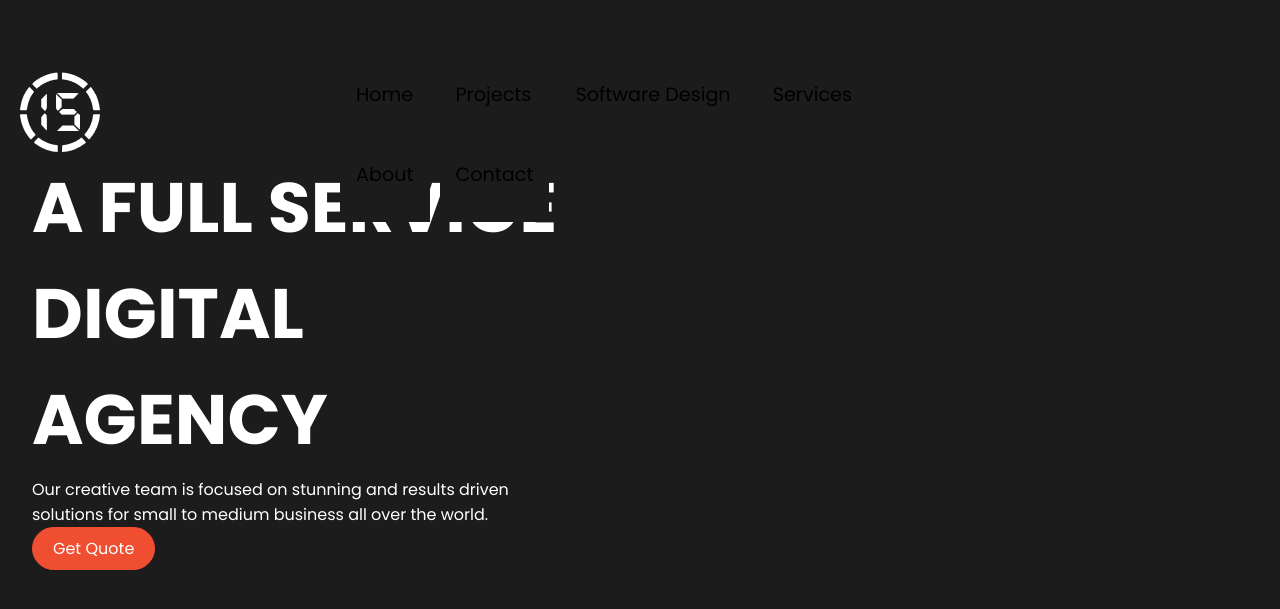
Repository: gopalpurohit54/one5
Page: /
The author's editor kept a copy of each file at every save. The page is drawn from the files as they stood at one save, then again after the next save.
The browser window is 1280 px wide. The pictures show the whole page.
The project was rebuilt for these pictures with package versions that can differ from the ones it lists, and the page was loaded fresh each time.

Above is the page before, as saved 2021-06-11 14:39:33.

### src/index.css
@import url('https://fonts.googleapis.com/css2?family=Poppins:ital,wght@0,100;0,200;0,300;0,400;0,500;0,600;0,700;0,800;0,900;1,100;1,200;1,300;1,400;1,500;1,600;1,700;1,800;1,900&display=swap');

* {
  margin: 0;
  padding: 0;
  outline: none;
  font-family: 'Poppins', sans-serif;
  -webkit-font-smoothing: antialiased;
  -moz-osx-font-smoothing: grayscale;
}

code {
  font-family: source-code-pro, Menlo, Monaco, Consolas, 'Courier New',
    monospace;
}

### src/components/App.js
import React from 'react';
import Navbar from '../components/Navbar';
import { BrowserRouter as Router, Switch, Route } from 'react-router-dom';
import './App.css';
import Home from '../components/Pages/Home';

function App() {
  return (
    <>
    <Router>
      <Navbar />
      <Switch>
        <Route path='/' exact component= {Home} />
      </Switch>
    </Router>
    </>
  );
}



export default App

### src/components/navbar.js
import React, { useState } from 'react';
import { Link } from 'react-router-dom';
import './Navbar.css';

function Navbar() {

    const [click, setClick] = useState(false);

    const handleClick = () => setClick(!click);
    const closeMobileMenu = () => setClick(false);

    return (
        <>
            <nav className="navbar">
                <div className="navbar-container">
                    <Link to="/" className="navbar-logo" onClick= {closeMobileMenu}>
                        <img src="/logo-white.png" alt="" />
                    </Link>
                </div>
                <div className="menu-icon" onClick= {handleClick}>
                    <i className= { click ? 'fas fa-times' : 'fas fa-bars'} />
                </div>
                <ul className= { click ? 'nav-menu active' : 'nav-menu'}>
                    <li className= 'nav-item'>
                        <Link to= '/home' className='nav-links' onClick= {closeMobileMenu}>
                            Home
                        </Link>
                    </li>
                    <li className= 'nav-item'>
                        <Link to= '/projects' className='nav-links' onClick= {closeMobileMenu}>
                            Projects
                        </Link>
                    </li>
                    <li className= 'nav-item'>
                        <Link to= '/software-design' className='nav-links' onClick= {closeMobileMenu}>
                            Software Design
                        </Link>
                    </li>
                    <li className= 'nav-item'>
                        <Link to= '/services' className='nav-links' onClick= {closeMobileMenu}>
                            Services
                        </Link>
                    </li>
                    <li className= 'nav-item'>
                        <Link to= '/about' className='nav-links' onClick= {closeMobileMenu}>
                            About
                        </Link>
                    </li>
                    <li className= 'nav-item'>
                        <Link to= '/contact' className='nav-links' onClick= {closeMobileMenu}>
                            Contact
                        </Link>
                    </li>
                </ul>
            </nav>
        </>
    )
}

export default Navbar

### src/components/App.css

* {
    box-sizing: border-box;
    margin: 0;
    padding: 0;
    font-family: 'Poppins', sans-serif;
    background: #1c1c1c;
  }

### src/components/Pages/Home.js
import React from 'react';
import '../App.css';
import  HeroSection from '../HeroSection';

function Home() {
    return (
        <>
            <HeroSection />
        </>
    )
}

export default Home

### src/components/navbar.css
:root {
    --primary: #F04E31;
}

.navbar {
    background: transparent;
    height: 80px;
    display: flex;
    font-size: 1.2rem;
    position: sticky;
    top: 10%;
    z-index: 999;
}

.navbar-container {
    display: flex;
    justify-content: left;
    align-items: left;
    height: 80px;
    max-width: 1500px;
}

.navbar-logo {
    justify-self: start;
    margin-left: 20px;
    cursor: pointer;
    display: flex;
    align-items: center;
}

.nav-menu {
    display: grid;
    grid-template-columns: repeat(4, auto);
    grid-gap: 10px;
    list-style: none;
    text-align: left;
    width: 60vw;
    justify-content: end;
    margin-right: 2rem;
}

.nav-item {
    height: 70px;
  }

  .nav-links {
    color: #000;
    display: flex;
    align-items: left;
    text-decoration: none;
    padding: 0.5rem 1rem;
    height: 100%;
  }

  .nav-links:hover {
    color: var(--primary);
    transition: all 0.2s ease-out;
  }

  .fa-bars {
    color: #fff;
  }

  .fa-bars:hover {
    color: #F04E31;
  }

  .nav-links-mobile {
    display: none;
  }

  .menu-icon {
    display: none;
  }

  @media screen and (max-width: 960px) {
    .NavbarItems {
      position: relative;
    }

    .nav-menu {
      display: flex;
      flex-direction: column;
      width: 100%;
      height: 90vh;
      position: absolute;
      top: 77px;
      left: -100%;
      opacity: 1;
      transition: all 0.5s ease;
    }

    .nav-menu.active {
      background: #fff;
      left: 0;
      opacity: 1;
      transition: all 0.5s ease;
      z-index: 1;
    }

    .nav-links {
      text-align: left;
      padding: 2rem;
      width: 100%;
      display: table;
    }

    .nav-links:hover {
      background-color: #fff;
      color: var(--primary);
      border-radius: 0;
    }

    .navbar-logo {
      position: absolute;
      top: 0;
      left: 0;
      transform: translate(25%, 50%);
    }

    .menu-icon {
      display: block;
      position: absolute;
      top: 0;
      right: 0;
      transform: translate(-100%, 60%);
      font-size: 1.8rem;
      cursor: pointer;
    }

    .fa-times {
      color: #000;
      font-size: 2rem;
    }

    .fa-times:hover {
      color: #F04E31;
    }
    .nav-links-mobile {
      display: block;
      text-align: left;
      margin: 2rem auto;
      border-radius: 4px;
      width: 80%;
      text-decoration: none;
      font-size: 1.5rem;
      background-color: transparent;
      color: #000;
      padding: 14px 20px;
      border: none;
      transition: all 0.3s ease-out;
    }

    .nav-links-mobile:hover {
      background: #fff;
      color: var(--primary);
      transition: 250ms;
    }
  }

### src/components/HeroSection.js
import React, { useState, useEffect } from 'react';
import './App.css';
import { Button } from './Button';
// import anim from '../src/assets/red-blob-hq.gif';
import styled from 'styled-components';
import { motion } from 'framer-motion';

function HeroSection() {

    const Section = styled.section `
        height: 75vh;
        display: flex;
        flex-direction: column;
        justify-content: center;
        align-items: center;
        background: #1c1c1c;
    `;

    const Container = styled.div `
        display: grid;
        grid-template-columns: 1fr 1fr;
        height: 100vh;
        padding: 3rem calc((100vw - 1300px) /2 );

        @media screen and (max-width: 768px){
            grid-grid-template-columns: 1fr;
        }
    `;

    const ColumnLeft = styled.div `
        display: flex;
        color: #fff;
        flex-direction: column;
        justify-content: center;
        align-items: flex-start;
        padding: 5rem 2rem;

        h1 {
            margin-bottom: 0.25rem;
            font-size: 70px;
        }

    `;
    const ColumnRight = styled.div ``

    // eslint-disable-next-line no-unused-vars
    const [button, setButton] = useState(true);

    const showButton = () => {
        if(window.innerWidth <= 960) {
            setButton(false);
        } else {
            setButton(true);
        }
    };

    useEffect ( ( ) => {
        showButton();
    }, []);

    window.addEventListener('resize', showButton);

    return (
        <Section className = 'hero-section'>
            <Container className = 'hero-container'>
                <ColumnLeft className = 'col-left'>
                    <p className = 'hero-shortdesc'>WE ARE</p>
                    <h1>A FULL SERVICE <br/>
                    DIGITAL AGENCY</h1>
                    <p className = 'hero-desc'>Our creative team is focused on stunning and results driven <br/>
                    solutions for small to medium business all over the world.</p>
                    <div className='hero-btn'>
                    <Button className='btn' buttonStyle='btn--primary'>Get Quote</Button>
                    </div>
                </ColumnLeft>
                {/* <ColumnRight className = 'col-right'>
                    <img src= { anim } style= {{ display: 'block', margin: 'auto' }} alt= "Loading..." />
                </ColumnRight> */}
            </Container>
        </Section>
    )
}

export default HeroSection

### src/components/Button.js
import React from 'react';
import './Button.css';
import { Link } from 'react-router-dom';

const STYLES = ['btn--primary', 'btn--outline', 'btn--test'];

const SIZES = ['btn--medium', 'btn--large'];

export const Button = ({
  children,
  type,
  onClick,
  buttonStyle,
  buttonSize
}) => {
  const checkButtonStyle = STYLES.includes(buttonStyle)
    ? buttonStyle
    : STYLES[0];

  const checkButtonSize = SIZES.includes(buttonSize) ? buttonSize : SIZES[0];

  return (
    <Link to='/sign-up' className='btn-mobile'>
      <button
        className={`btn ${checkButtonStyle} ${checkButtonSize}`}
        onClick={onClick}
        type={type}
      >
        {children}
      </button>
    </Link>
  );
};

### src/components/Button.css
:root {
    --primary: #F04E31;
}

.btn {
    padding: 8px 20px;
    border-radius: 30px;
    outline: none;
    border: none;
    cursor: pointer;
}

.btn--primary {
    background-color: var(--primary);
    color: #fff;
    border: 1px solid var(--primary);
}

.btn--outline {
    background-color: transparent;
    color: #F04E31;
    padding: 8px 20px;
    border: 1px solid var(--primary);
    transition: all 0.3s ease-out;
}

.btn--medium {
    padding: 8px 20px;
    font-size: 16px;
}

.btn--large {
    padding: 12px 26px;
    font-size: 16px;
}

.btn--medium:hover, .btn--large:hover {
    background: transparent;
    color: #F04E31;
    transition: all 0.3s ease-out;
}

Loaded but not shown: public/index.html (common file); src/index.js (common file); src/reportWebVitals.js (common file)

After the next save:
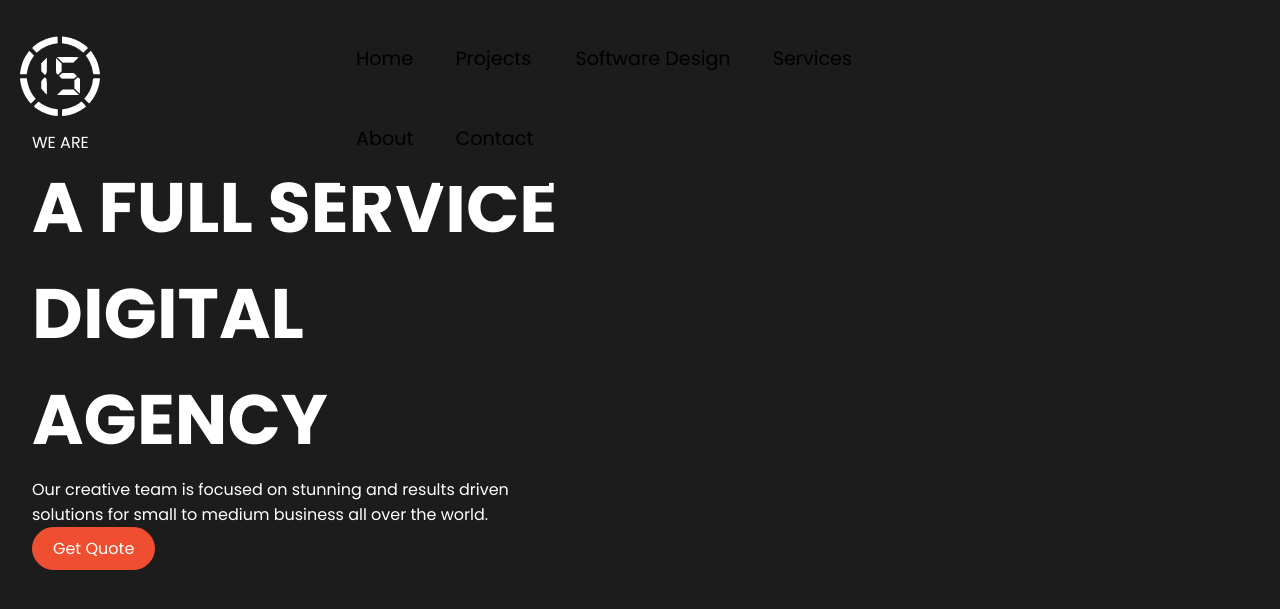
Saved 29 s later.
--- a/src/components/navbar.css
+++ b/src/components/navbar.css
@@ -8,7 +8,7 @@
     display: flex;
     font-size: 1.2rem;
     position: sticky;
-    top: 10%;
+    top: 5%;
     z-index: 999;
 }
 
